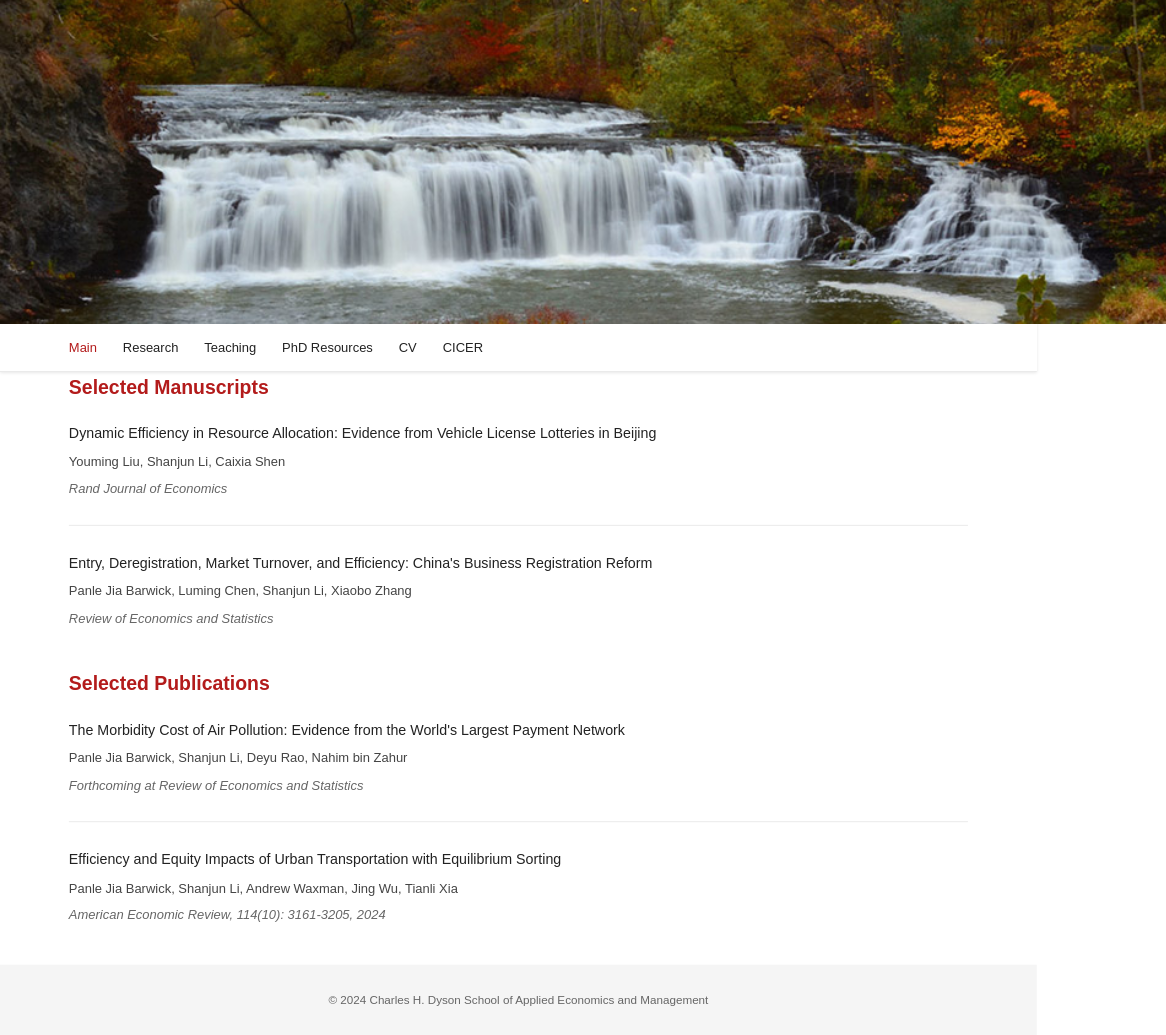
Repository: huang-heavenly-Emperor/k1_project
Page: index.html
An editor plug-in stored every save of this project. The page is shown before and after the next save, followed by the edit.
The browser window is 1280 px wide. The page is 1440 px wide, so the pictures cover 1440 px, including what lies to the right of the window. The pictures show the whole page, at 81% of full size.

Above is the page before, as saved 2024-11-17 04:56:09.

### index.html
<!DOCTYPE html>
<html lang="en">
<head>
    <meta charset="UTF-8">
    <meta name="viewport" content="width=device-width, initial-scale=1.0">
    <title>Academic Homepage</title>
    <link rel="stylesheet" href="reset.css">
    <link rel="stylesheet" href="index.css">
</head>
<body>
    <header>
        <div class="banner">
            <img src="waterfall.jpg" alt="Scenic waterfall with autumn foliage">
        </div>
        <nav>
            <div class="container">
                <ul>
                    <li><a href="#" class="active">Main</a></li>
                    <li><a href="#">Research</a></li>
                    <li><a href="#">Teaching</a></li>
                    <li><a href="#">PhD Resources</a></li>
                    <li><a href="#">CV</a></li>
                    <li><a href="#">CICER</a></li>
                </ul>
            </div>
        </nav>
    </header>

    <main class="container">
        <section class="manuscripts">
            <h2>Selected Manuscripts</h2>
            <ul>
                <li>
                    <p class="title">Dynamic Efficiency in Resource Allocation: Evidence from Vehicle License Lotteries in Beijing</p>
                    <p class="authors">Youming Liu, Shanjun Li, Caixia Shen</p>
                    <p class="journal">Rand Journal of Economics</p>
                </li>
                <li>
                    <p class="title">Entry, Deregistration, Market Turnover, and Efficiency: China's Business Registration Reform</p>
                    <p class="authors">Panle Jia Barwick, Luming Chen, Shanjun Li, Xiaobo Zhang</p>
                    <p class="journal">Review of Economics and Statistics</p>
                </li>
            </ul>
        </section>

        <section class="publications">
            <h2>Selected Publications</h2>
            <ul>
                <li>
                    <p class="title">The Morbidity Cost of Air Pollution: Evidence from the World's Largest Payment Network</p>
                    <p class="authors">Panle Jia Barwick, Shanjun Li, Deyu Rao, Nahim bin Zahur</p>
                    <p class="journal">Forthcoming at Review of Economics and Statistics</p>
                </li>
                <li>
                    <p class="title">Efficiency and Equity Impacts of Urban Transportation with Equilibrium Sorting</p>
                    <p class="authors">Panle Jia Barwick, Shanjun Li, Andrew Waxman, Jing Wu, Tianli Xia</p>
                    <p class="journal">American Economic Review, 114(10): 3161-3205, 2024</p>
                </li>
            </ul>
        </section>
    </main>

    <footer>
        <div class="container">
            <p>© 2024 Charles H. Dyson School of Applied Economics and Management</p>
        </div>
    </footer>
</body>

### reset.css
/* Reset CSS */
*, *::before, *::after {
    margin: 0;
    padding: 0;
    box-sizing: border-box;
}

html, body {
    height: 100%;
    font-size: 16px;
    line-height: 1.5;
    -webkit-font-smoothing: antialiased;
    -moz-osx-font-smoothing: grayscale;
}

body {
    font-family: Arial, sans-serif;
    color: #333;
}

ul, ol {
    list-style: none;
}

a {
    text-decoration: none;
    color: inherit;
}

img {
    max-width: 100%;
    height: auto;
    display: block;
}

button, input, select, textarea {
    font: inherit;
    color: inherit;
}

h1, h2, h3, h4, h5, h6 {
    font-size: inherit;
    font-weight: inherit;
}

### index.css
/* Base Styles */
:root {
  --primary-color: #B31B1B;
  --text-color: #222;
  --link-color: #0076BB;
  --background-color: #fff;
  --border-color: #e5e5e5;
}

body {
  font-family: Arial, sans-serif;
  line-height: 1.6;
  color: var(--text-color);
  background-color: var(--background-color);
}

.container {
  max-width: 1150px;
  padding: 0 20px;
  margin: 0 auto;
}

/* Header Styles */
header {
  position: relative;
  box-shadow: 0 2px 4px rgba(0, 0, 0, 0.1);
}

.banner {
  width: 1440px;
  height: 400px;
  overflow: hidden;
  position: relative;
}

.banner img {
  width: 100%;
  height: 100%;
  object-fit: cover;
}

/* Navigation Styles */
nav {
  background-color: var(--background-color);
  border-bottom: 1px solid var(--border-color);
}

nav ul {
  display: flex;
  justify-content: flex-start;
  gap: 2rem;
  padding: 1rem 0;
  list-style: none;
}

nav a {
  text-decoration: none;
  color: var(--text-color);
  font-weight: 500;
  padding: 0.5rem 0;
  transition: color 0.3s;
}

nav a:hover,
nav a.active {
  color: var(--primary-color);
}

/* Main Content Styles */
main {
  padding: 3rem 0;
}

section {
  margin-bottom: 3rem;
}

h2 {
  font-size: 1.5rem;
  font-weight: 600;
  margin-bottom: 1.5rem;
  color: var(--primary-color);
}

.manuscripts ul,
.publications ul {
  list-style: none;
  display: flex;
  flex-direction: column;
  gap: 2rem;
}

.manuscripts li,
.publications li {
  padding-bottom: 2rem;
  border-bottom: 1px solid var(--border-color);
}

.manuscripts li:last-child,
.publications li:last-child {
  border-bottom: none;
  padding-bottom: 0;
}

.title {
  font-size: 1.1rem;
  font-weight: 500;
  margin-bottom: 0.5rem;
}

.authors {
  color: #444;
  margin-bottom: 0.5rem;
}

.journal {
  color: #666;
  font-style: italic;
}

/* Footer Styles */
footer {
  background-color: #f5f5f5;
  padding: 2rem 0;
  text-align: center;
  font-size: 0.9rem;
  color: #666;
}

/* Responsive Design */
@media (max-width: 768px) {
  .banner {
    height: 300px;
  }

  nav ul {
    flex-wrap: wrap;
    justify-content: center;
    gap: 1rem;
  }

  h2 {
    font-size: 1.3rem;
  }

  .title {
    font-size: 1rem;
  }
}

@media (max-width: 480px) {
  .banner {
    height: 200px;
  }

  .manuscripts ul,
  .publications ul {
    gap: 1.5rem;
  }

  .manuscripts li,
  .publications li {
    padding-bottom: 1.5rem;
  }

After the next save:
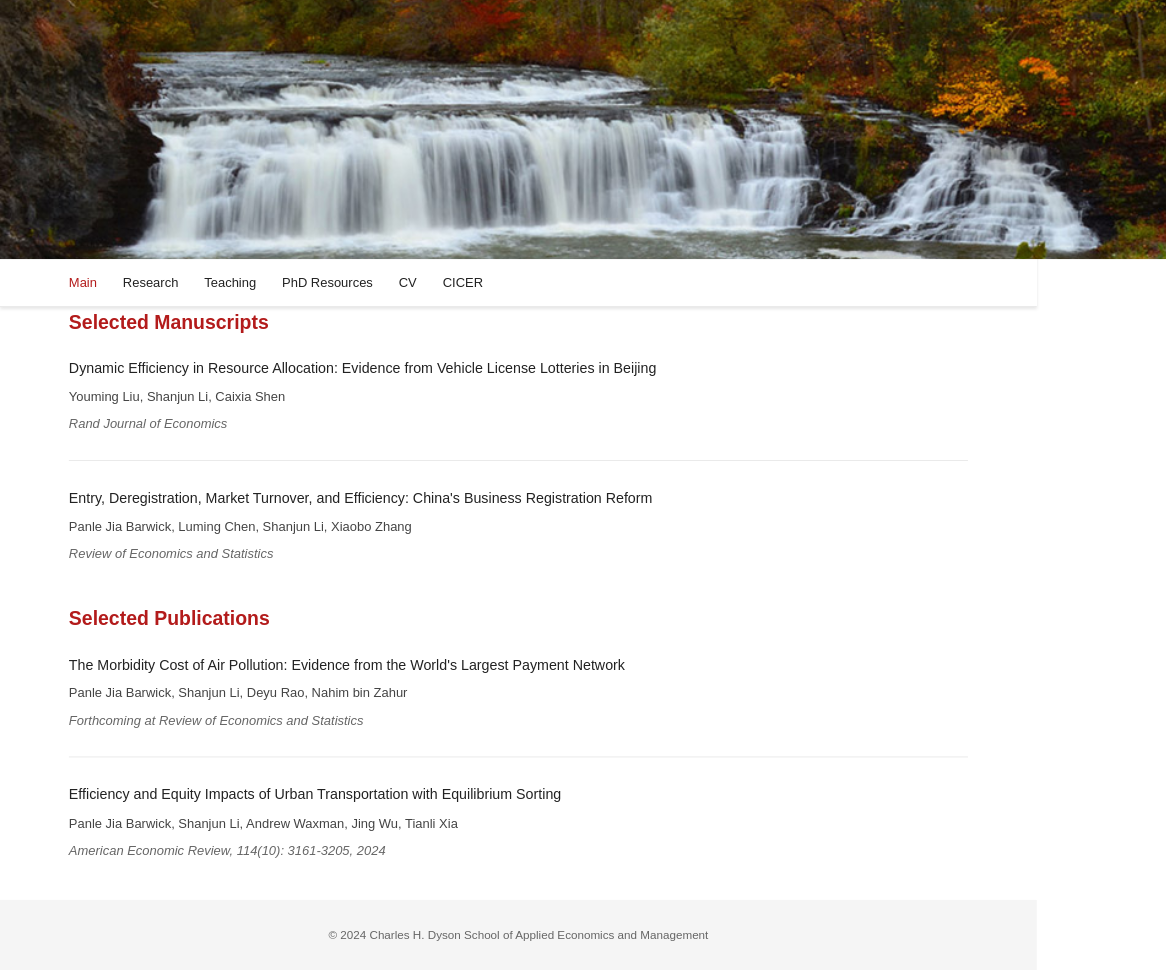
Saved 5 s later.
--- a/index.css
+++ b/index.css
@@ -28,7 +28,7 @@ header {
 
 .banner {
   width: 1440px;
-  height: 400px;
+  height: 320px;
   overflow: hidden;
   position: relative;
 }
